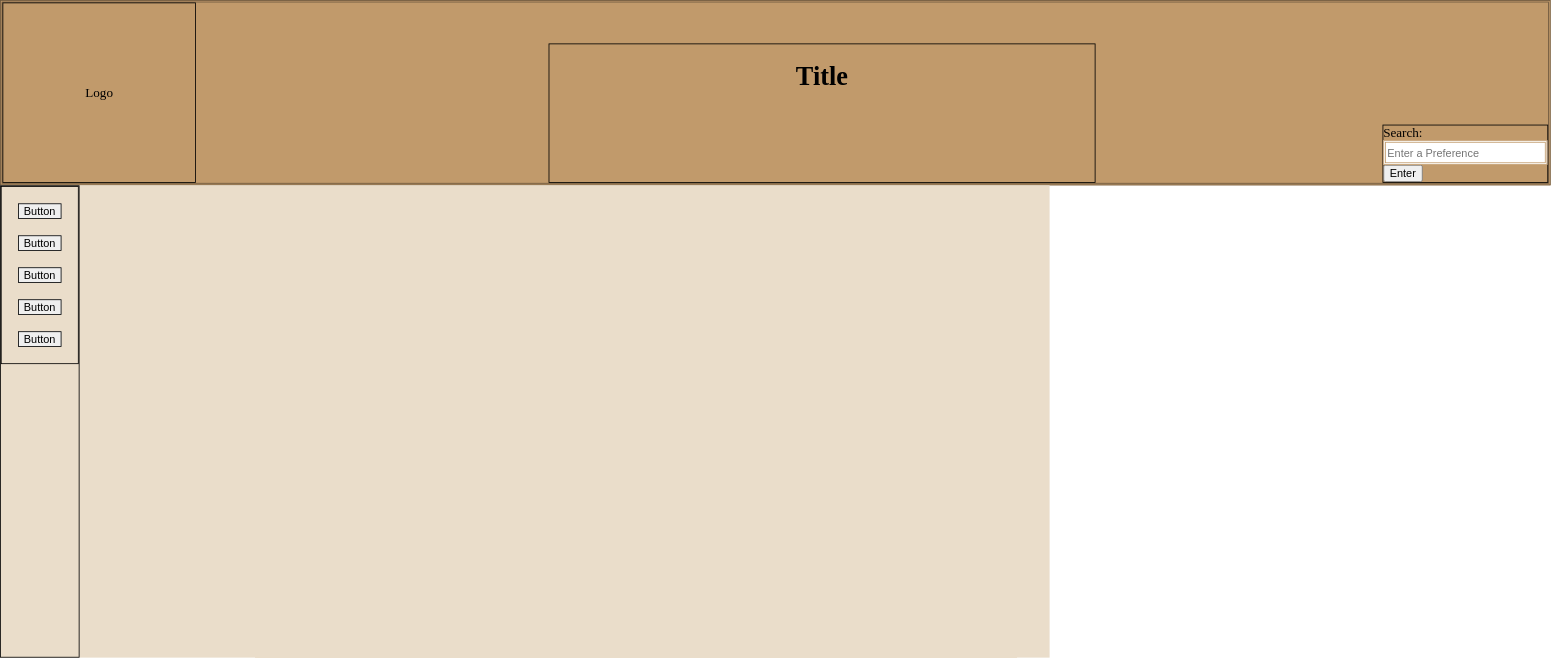
Repository: joshliu14/Travel-Mug
Page: /
These files come from the project's save history. The page is drawn as it stood at one moment and after the next save; the edit follows.
The browser window is 1280 px wide. The page is 1891 px wide, so the pictures cover 1891 px, including what lies to the right of the window. The pictures show the whole page, at 82% of full size.
The project was rebuilt for these pictures with package versions that can differ from the ones it lists, and the page was loaded fresh each time.

Above is the page before, as saved 2024-01-03 00:05:31.

After the next save:
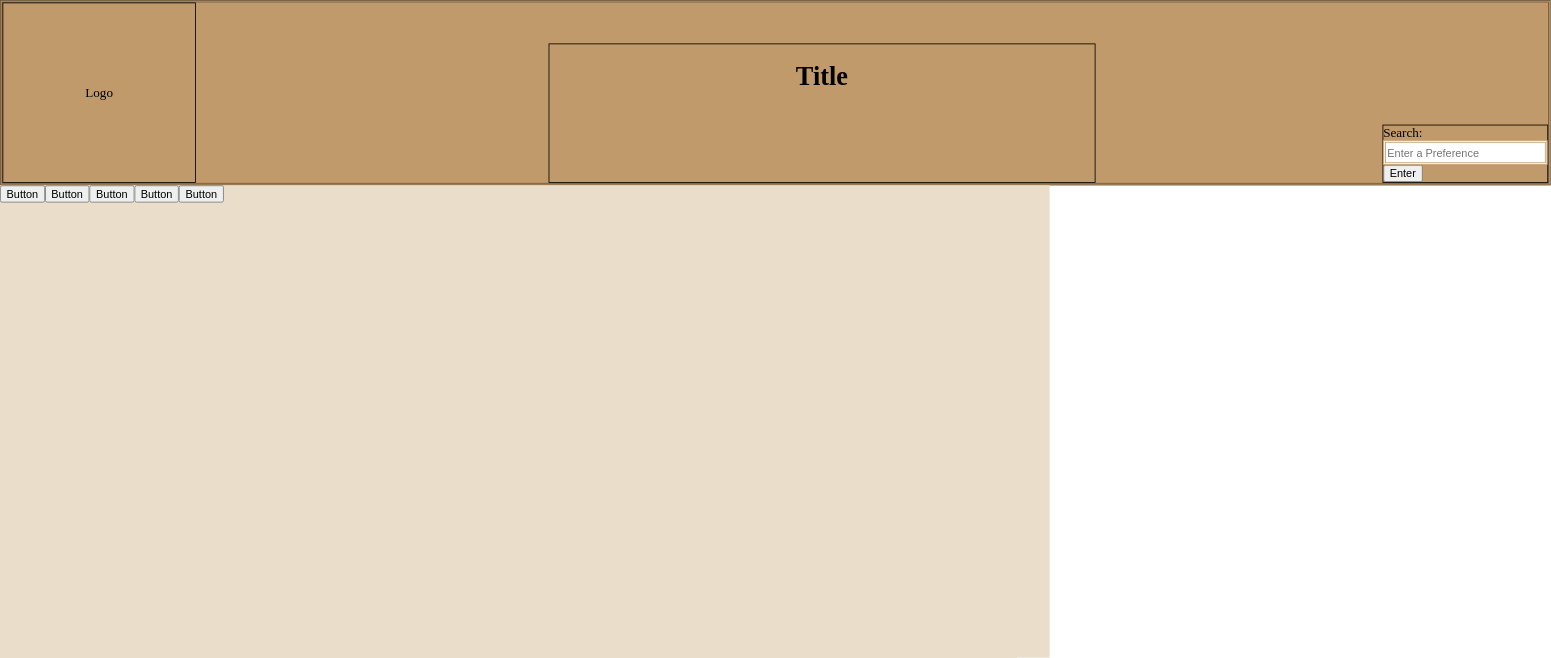
Saved 7 s later.
--- a/src/Home.css
+++ b/src/Home.css
@@ -61,13 +61,13 @@
   border-style: double;
 }
 
-.aside {
+.filter {
   margin-left: 0px;
   margin-right: 0px;
   border: 1px solid black;
 }
 
-.aside button {
+.filter button {
   display: block;
   margin: 20px;
   border: 1px solid black;

After the save that followed:
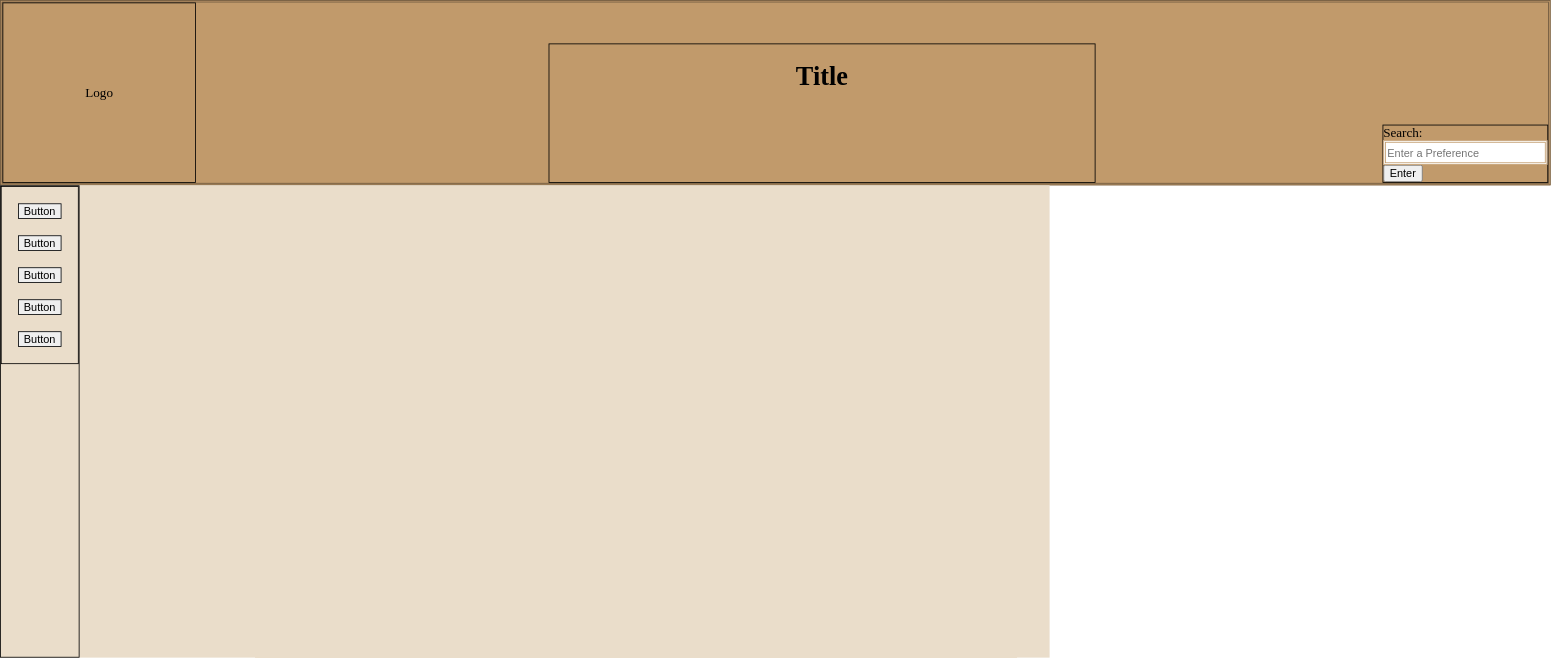
Saved 9 s later.
--- a/src/Home.css
+++ b/src/Home.css
@@ -61,13 +61,13 @@
   border-style: double;
 }
 
-.filter {
+.aside {
   margin-left: 0px;
   margin-right: 0px;
   border: 1px solid black;
 }
 
-.filter button {
+.aside button {
   display: block;
   margin: 20px;
   border: 1px solid black;
